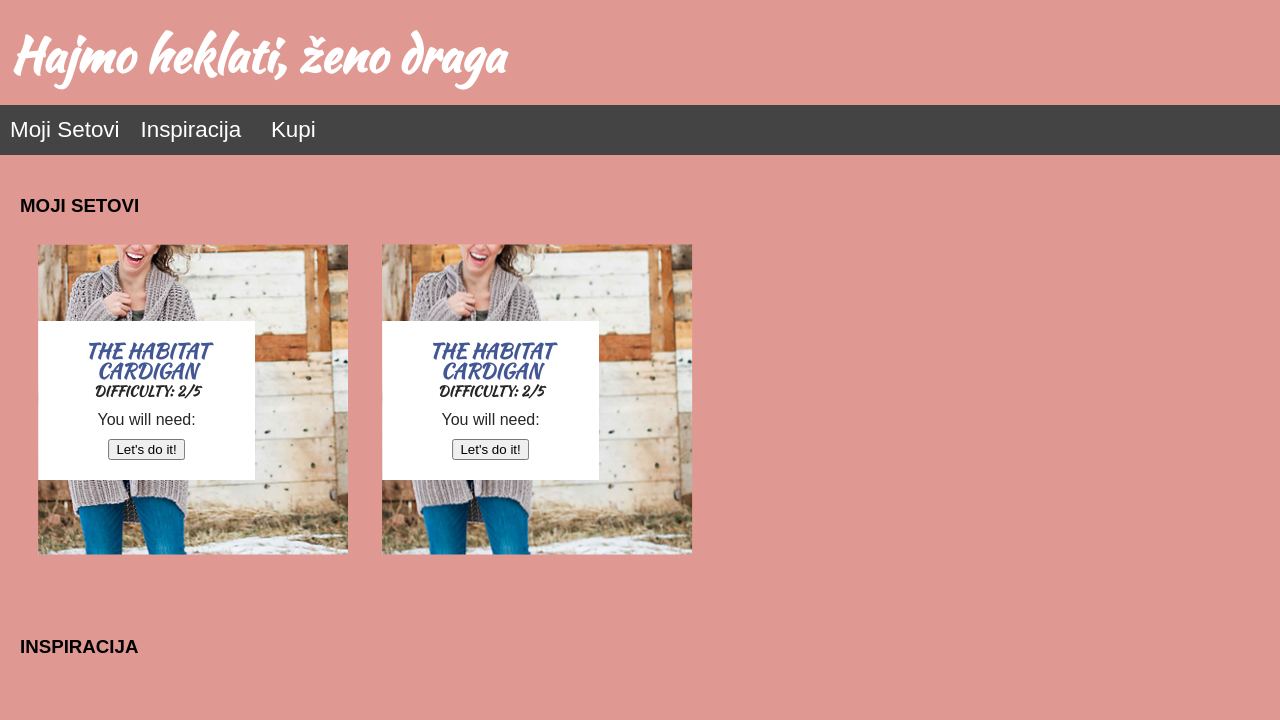
Repository: sdnc/Heklamo
Page: index.html
These files come from the project's save history. The page is drawn as it stood at one moment and after the next save; the edit follows.
The browser window is 1280 px wide. The pictures show the whole page.

Above is the page before, as saved 2020-12-24 15:01:47.
Console error: ReferenceError: $ is not defined

### index.html
<html>

<head>
  <meta charset="UTF-8" />
  <meta name="viewport" content="width=device-width, initial-scale=1.0" />
  <title>Heklamo</title>
  <link rel="preconnect" href="https://fonts.gstatic.com">
<link href="https://fonts.googleapis.com/css2?family=Kaushan+Script&display=swap" rel="stylesheet">
  <link href="https://maxcdn.bootstrapcdn.com/font-awesome/4.7.0/css/font-awesome.min.css" rel="stylesheet">
  <link rel="stylesheet" href="styles.css" />
  <script src="https://unpkg.com/vue@next" defer></script>
  <script src="app.js" defer></script>
</head>

<body>
  <!--1) -->
  <!--2) -->
  <section id="header">
    <h1>Hajmo heklati, ženo draga</h1>
  </section>
  <section class="nav">
    <ul>
      <li class="setove"><a href="#">Moji Setovi</a></li>
      <li class="inspiracija"><a href="#">Inspiracija</a></li>
      <li class="kupi"><a href="#">Kupi</a></li>
    </ul>
  </section>
    <section id="sets" class="divider">
      <h3>MOJI SETOVI</h3>
    <div class="card">
      <div class="image">
        <img
          src="img/habitatcardigan.jpg" />
      </div>
      <div class="details">
        <div class="center">
          <h1>The Habitat Cardigan<br><span>Difficulty: 2/5</span></h1>
          <p>You will need:</p>
          <button>Let's do it!</button>
        </div>
      </div>
    </div>

    <div class="card">
      <div class="image">
        <img src="img/habitatcardigan.jpg" />
      </div>
      <div class="details">
        <div class="center">
          <h1>The Habitat Cardigan<br><span>Difficulty: 2/5</span></h1>
          <p>You will need:</p>
          <button>Let's do it!</button>
        </div>
      </div>
    </div>
  </section>

  <section id="inspiration" class="divider">
    <h3>INSPIRACIJA</h3>



  </section>

  <section id="buy" class="divider">

  </section>

  <script>


  </script>
</body>

</html>

### styles.css
body {
  margin: 0;
  padding: 0;
  font-family: sans-serif;
  background-color: #e09992;
}

.divider {
  margin: 40px 0 30px 20px;
}

h1 {
  font-family: "Kaushan Script", sans-serif;
  font-size: 48;
  margin: 20px 0 15px 10px;
  color: white;
}
/* NAV BAR */

.nav ul {
  list-style: none;
  background-color: #444;
  text-align: left;
  padding: 0;
  margin: 0;
}
.nav li {
  font-family: 'Oswald', sans-serif;
  font-size: 0.2rem;
  padding-left: 10px;
  line-height: 40px;
  height: 40px;
  border-bottom: 1px solid #888;
}

.nav a {
  text-decoration: none;
  color: #fff;
  display: block;
  transition: .3s background-color;
}

.nav a:hover {
  background-color: #005f5f;
}
/*
.nav a.active {
  background-color: #fff;
  color: #444;
  cursor: default;
} */

@media screen and (min-width: 600px) {
  .nav li {
    width: 120px;
    border-bottom: none;
    height: 50px;
    line-height: 50px;
    font-size: 1.4em;
  }

  /* Option 1 - Display Inline */
  .nav li {
    display: inline-block;
    margin-right: -4px;
  }

/* MY SETS - section */
.card {
  margin: 5px 15px;
  display: inline-block;
  transform: translate(1%,1%);
  width: 310px;
  height: 350px;
}
.image {
  width: 310px;
  height: 350px;
  overflow: hidden;
}
.card .image img {
  width: 100%;
  transition: .5s;
}
.card:hover .image img {
  opacity: .5;
  transform: translateX(30%);/*100%*/
}
.card .details {
  position: absolute;
  top: 0;
  left: 0;
  width: 70%;/*100%*/
  height: 89%;
  background: #7ca9e0;
  transition: .5s;
  transform-origin: left;
  transform: perspective(2000px) rotateY(-90deg);
}
.card:hover .details {
  transform: perspective(2000px) rotateY(0deg);
}
.card .details .center {
  padding: 20px;
  text-align: center;
  background: #fff;
  position: absolute;
  top: 50%;
  transform: translateY(-50%);
}
.card .details .center h1 {
  margin: 0;
  padding: 0;
  color: #435794;
  line-height: 20px;
  font-size: 20px;
  text-transform: uppercase;
}
.card .details .center h1 span {
  font-size: 14px;
  color: #262626;
}
.card .details .center p {
  margin: 10px 0;
  padding: 0;
  color: #262626;
}

/* INPIRATION SECTION */

### app.js
$('#recipeCarousel').carousel({
    interval: 10000
  })

  $('.carousel .carousel-item').each(function(){
      var minPerSlide = 3;
      var next = $(this).next();
      if (!next.length) {
      next = $(this).siblings(':first');
      }
      next.children(':first-child').clone().appendTo($(this));

      for (var i=0;i<minPerSlide;i++) {
          next=next.next();
          if (!next.length) {
              next = $(this).siblings(':first');
            }

          next.children(':first-child').clone().appendTo($(this));
        }
  });

After the next save:
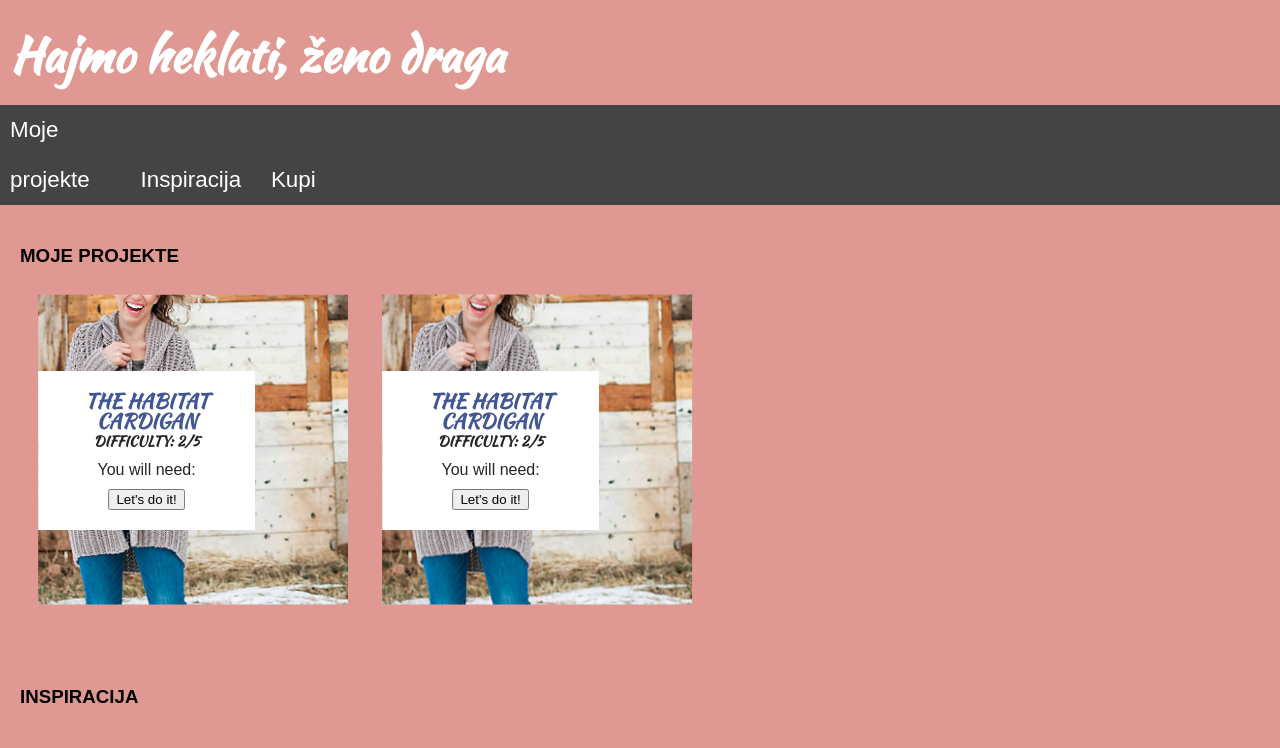
Saved 33 s later.
--- a/index.html
+++ b/index.html
@@ -20,13 +20,13 @@
   </section>
   <section class="nav">
     <ul>
-      <li class="setove"><a href="#">Moji Setovi</a></li>
+      <li class="setove"><a href="#">Moje projekte</a></li>
       <li class="inspiracija"><a href="#">Inspiracija</a></li>
       <li class="kupi"><a href="#">Kupi</a></li>
     </ul>
   </section>
     <section id="sets" class="divider">
-      <h3>MOJI SETOVI</h3>
+      <h3>MOJE PROJEKTE</h3>
     <div class="card">
       <div class="image">
         <img
